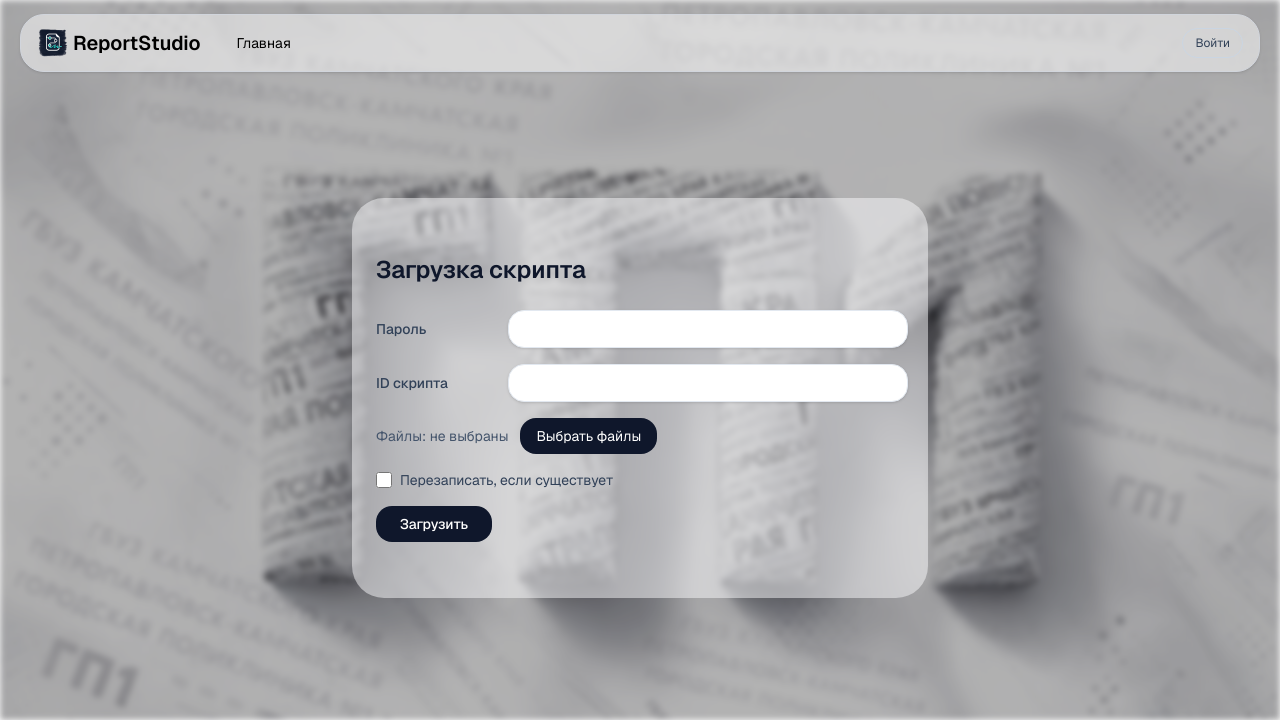
Repository: vladzap2423/report_studio_v2
Page: /load
These files come from the project's save history. The page is drawn as it stood at one moment and after the next save; the edit follows.
The browser window is 1280 px wide. The pictures show the whole page.
The page's requests for data from a server got no answer. The project was rebuilt for these pictures with package versions that can differ from the ones it lists, and the page was loaded fresh each time. The framework's server and built-in components were replaced by stand-ins that run in the browser. No one was signed in, and anything a server would have sent is missing. Also part of the build but not shown: next.config.ts, src/app/components/AppToastViewport.tsx.

Above is the page before, as saved 2026-04-17 10:05:45.

After the next save:
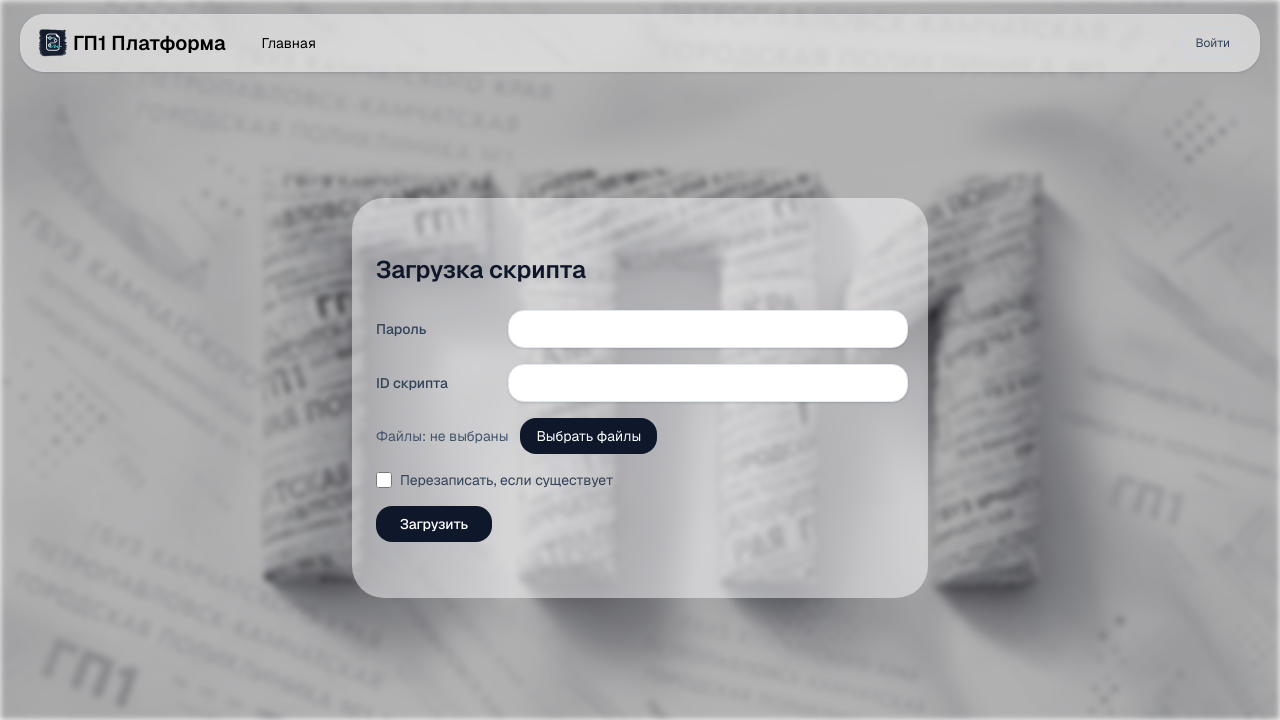
Saved 3 min 59 s later.
--- a/src/app/layout.tsx
+++ b/src/app/layout.tsx
@@ -15,8 +15,20 @@ const geistMono = Geist_Mono({
 });
 
 export const metadata: Metadata = {
-  title: "ГП1 Платформа",
+  applicationName: "ГП1 Платформа",
+  title: {
+    default: "ГП1 Платформа",
+    template: "%s | ГП1 Платформа",
+  },
   description: "Платформа ГП1",
+  icons: {
+    icon: [
+      { url: "/favicon.ico" },
+      { url: "/icon.png", type: "image/png" },
+    ],
+    shortcut: "/favicon.ico",
+    apple: "/icon.png",
+  },
 };
 
 export default function RootLayout({
@@ -30,7 +42,7 @@ export default function RootLayout({
         <AppToastProvider>
           <div className="app-shell">
             <Header
-              title="ReportStudio"
+              title="ГП1 Платформа"
               links={[
                 { label: "Главная", href: "/" },
                 { label: "Задачи", href: "/tasks" },
